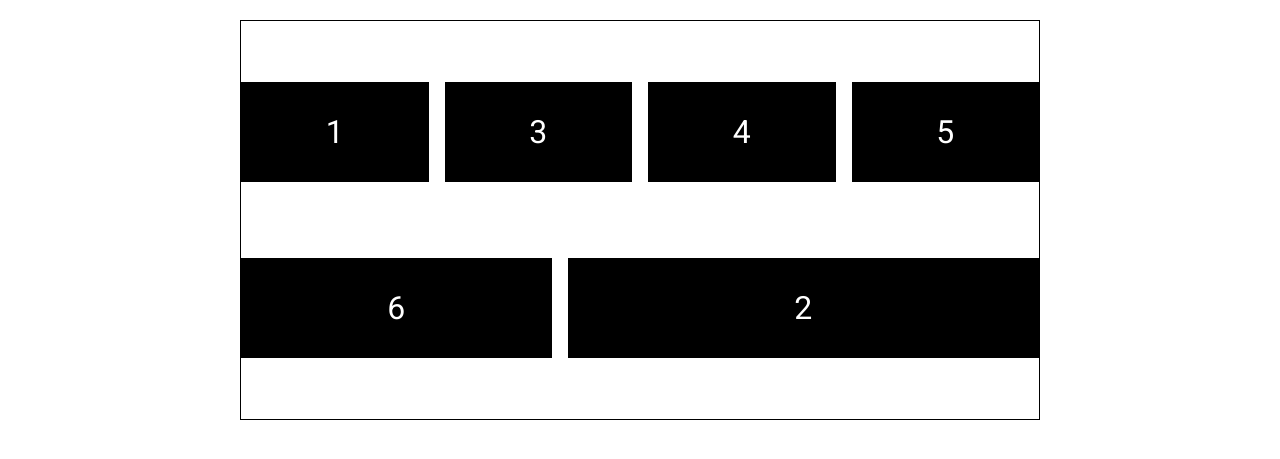
Repository: JavaProgrammerFromEastEurope/project-css-full-tutorial
Page: 14_lesson/index.html
These files come from the project's save history. The page is drawn as it stood at one moment and after the next save; the edit follows.
The browser window is 1280 px wide. The pictures show the whole page.

Above is the page before, as saved 2023-04-07 11:36:53.

### 14_lesson/index.html
<!DOCTYPE html>
<html lang="en">
  <head>
    <meta charset="UTF-8" />
    <meta http-equiv="X-UA-Compatible" content="IE=edge" />
    <meta name="viewport" content="width=device-width, initial-scale=1.0" />
    <title>CSS Flexbox</title>
    <link rel="stylesheet" href="css/style.css" />
  </head>

  <body>
    <main class="container">
      <div class="box">1</div>
      <div class="box">2</div>
      <div class="box">3</div>
      <div class="box">4</div>
      <div class="box">5</div>
      <div class="box">6</div>
    </main>
  </body>
</html>

### 14_lesson/css/style.css
@import url("https://fonts.googleapis.com/css2?family=Roboto&display=swap");

* {
  margin: 0;
  padding: 0;
  box-sizing: border-box;
}

body {
  font-family: "Roboto", sans-serif;
  min-height: 100vh;
  padding: 20px;
}

.container {
  max-width: 800px;
  min-height: 400px;
  margin-inline: auto;
  border: 1px solid #000;
  display: flex;
  gap: 1rem;
  justify-content: center;
  align-items: center;
  flex-flow: row wrap;
  align-content: space-evenly;
}

.box {
  /* min-width: 100px; */
  height: 100px;
  background-color: #000;
  color: #fff;
  font-size: 2rem;
  padding: 0.5rem;

  display: flex;
  justify-content: center;
  align-items: center;

  flex: 1 1 150px;
}

.box:nth-child(2) {
  flex: 2 2 150px;
  order: 1;
}

After the next save:
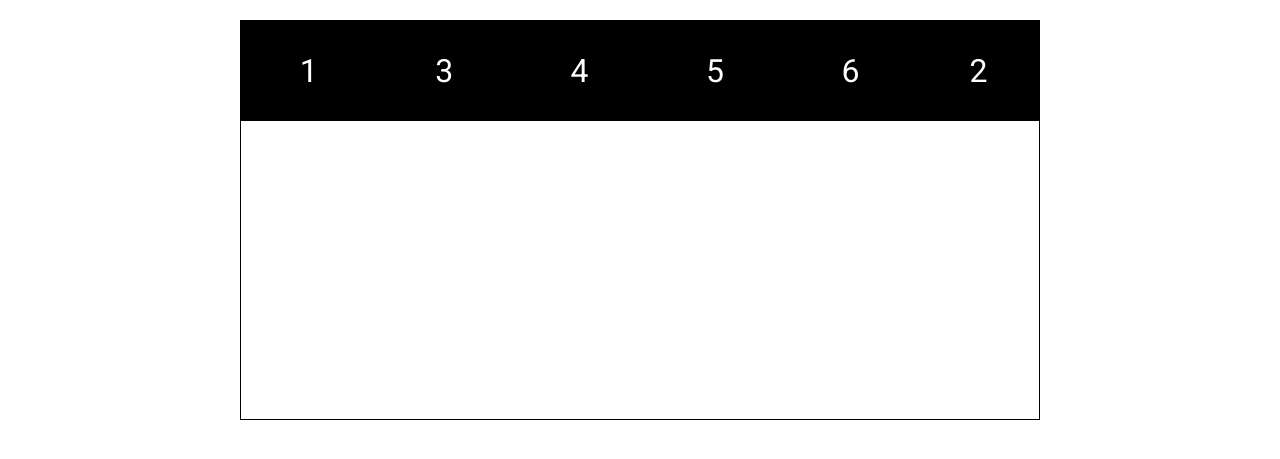
Saved 41 s later.
--- a/14_lesson/css/style.css
+++ b/14_lesson/css/style.css
@@ -18,11 +18,6 @@ body {
   margin-inline: auto;
   border: 1px solid #000;
   display: flex;
-  gap: 1rem;
-  justify-content: center;
-  align-items: center;
-  flex-flow: row wrap;
-  align-content: space-evenly;
 }
 
 .box {
